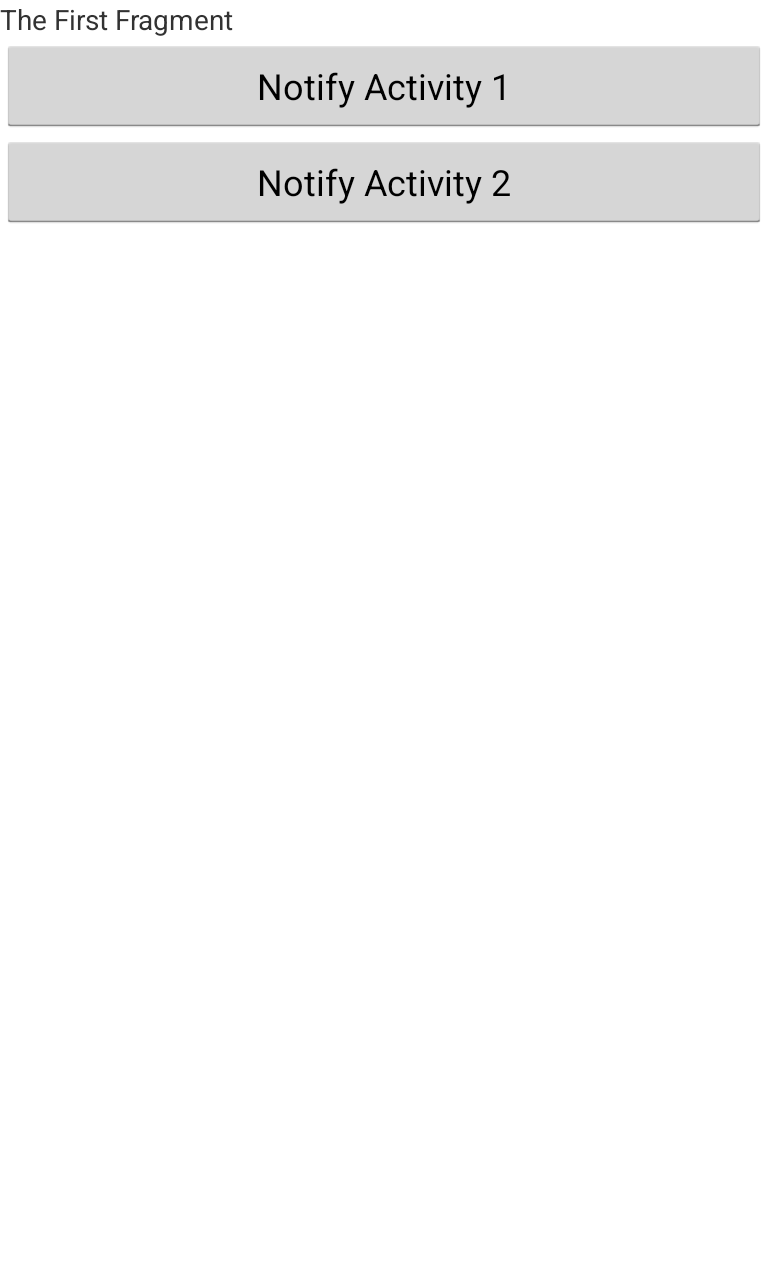
Repository: Liu-D-Henrry/Android
Layout: DemoFragment/res/layout/first_fragment.xml
These files come from the project's save history. The layout is drawn as it stood at one moment and after the next save; the edit follows.
It is drawn on a 768 x 1280 px phone screen (xhdpi) without system bars, with theme AppTheme; the app's code is not run.

Above is the layout before, as saved 2013-08-30 06:45:20.

### DemoFragment/res/layout/first_fragment.xml
<?xml version="1.0" encoding="utf-8"?>
<LinearLayout xmlns:android="http://schemas.android.com/apk/res/android"
    android:layout_width="match_parent"
    android:layout_height="match_parent"
    android:background="#0FF0000"
    android:orientation="vertical" >

    <TextView
        android:layout_width="match_parent"
        android:layout_height="wrap_content"
        android:text="@string/textFirstFragment" />

    <Button
        android:id="@+id/ffButton1"
        android:layout_width="match_parent"
        android:layout_height="wrap_content"
        android:text="@string/textFFButton1" />

    <Button
        android:id="@+id/ffButton2"
        android:layout_width="match_parent"
        android:layout_height="wrap_content"
        android:text="@string/textFFButton2" />

</LinearLayout>

### DemoFragment/res/values/strings.xml
<?xml version="1.0" encoding="utf-8"?>
<resources>

    <string name="app_name">DemoFragment</string>
    <string name="action_settings">Settings</string>
    <string name="hello_world">Hello world!</string>

    <string name="noMessage">No message</string>
    <string name="textFDButton1">Notify Second Fragment</string>
    <string name="textFDButton2">Create Third Fragment</string>

    <string name="textFirstFragment">The First Fragment</string>
    <string name="textFFButton1">Notify Activity 1</string>
    <string name="textFFButton2">Notify Activity 2</string>

    <string name="textSecondFragment">The Second Fragment</string>

    <string name="textThirdFragment">The Third Fragment</string>

</resources>

Loaded but not shown: DemoFragment/res/values/styles.xml (common file); DemoFragment/res/values-v11/styles.xml (common file); DemoFragment/res/values-v14/styles.xml (common file)

After the next save:
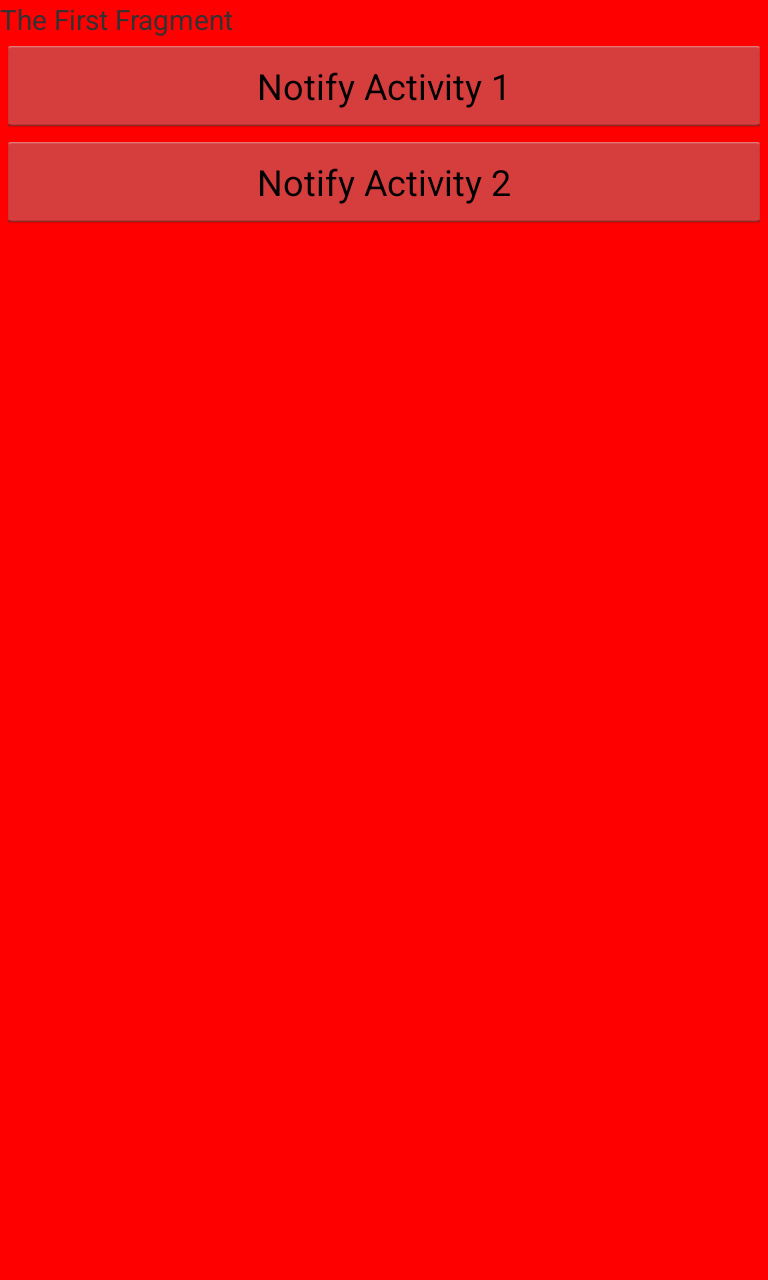
Saved 8 s later.
--- a/DemoFragment/res/layout/first_fragment.xml
+++ b/DemoFragment/res/layout/first_fragment.xml
@@ -2,7 +2,7 @@
 <LinearLayout xmlns:android="http://schemas.android.com/apk/res/android"
     android:layout_width="match_parent"
     android:layout_height="match_parent"
-    android:background="#0FF0000"
+    android:background="#FF0000"
     android:orientation="vertical" >
 
     <TextView
